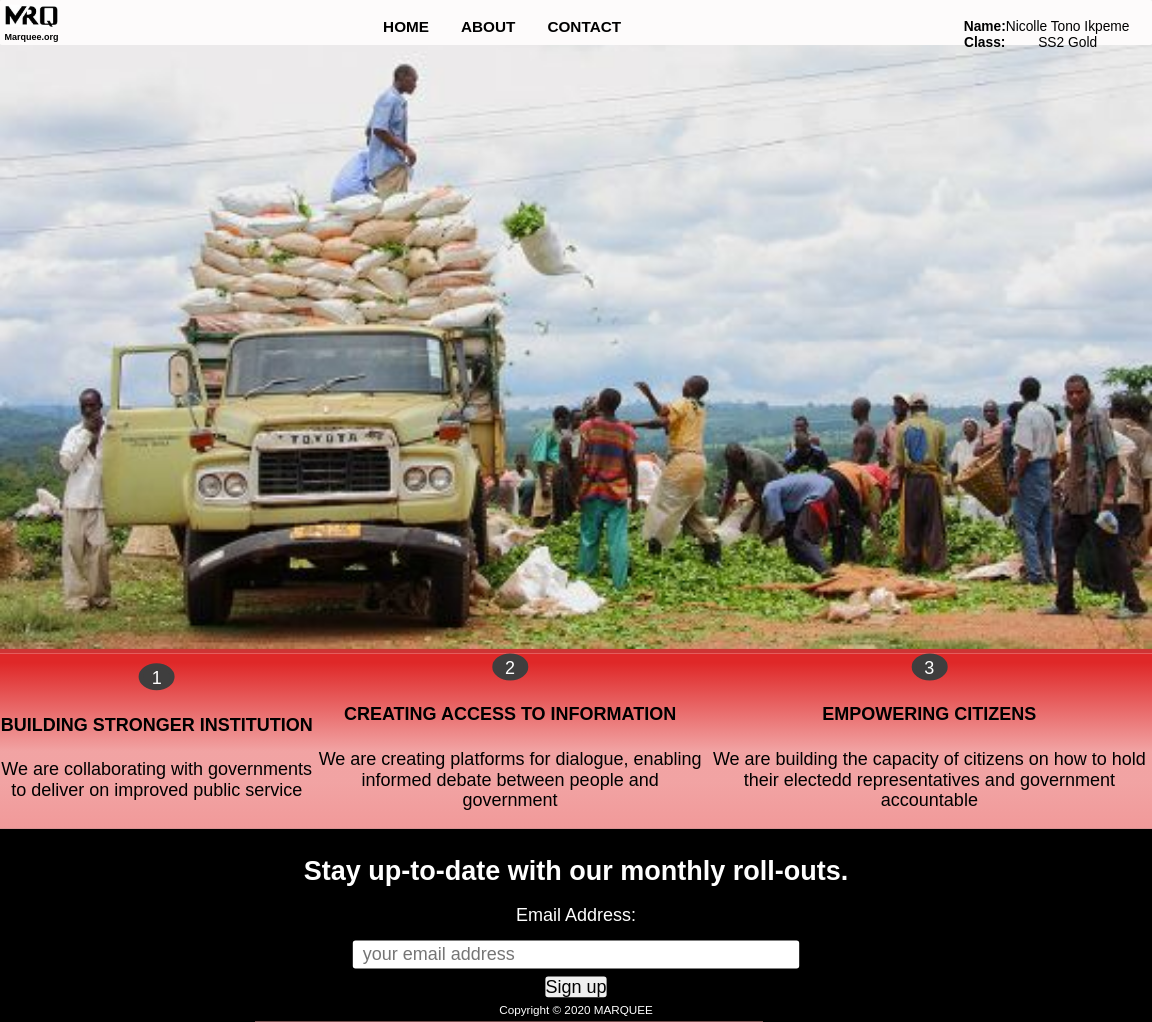
Repository: pboi18/Marquee.org
Page: home.html
An editor plug-in stored every save of this project. The page is shown before and after the next save, followed by the edit.
The browser window is 1280 px wide. The pictures show the whole page, at 90% of full size.

Above is the page before, as saved 2020-07-11 23:20:49.

After the next save:
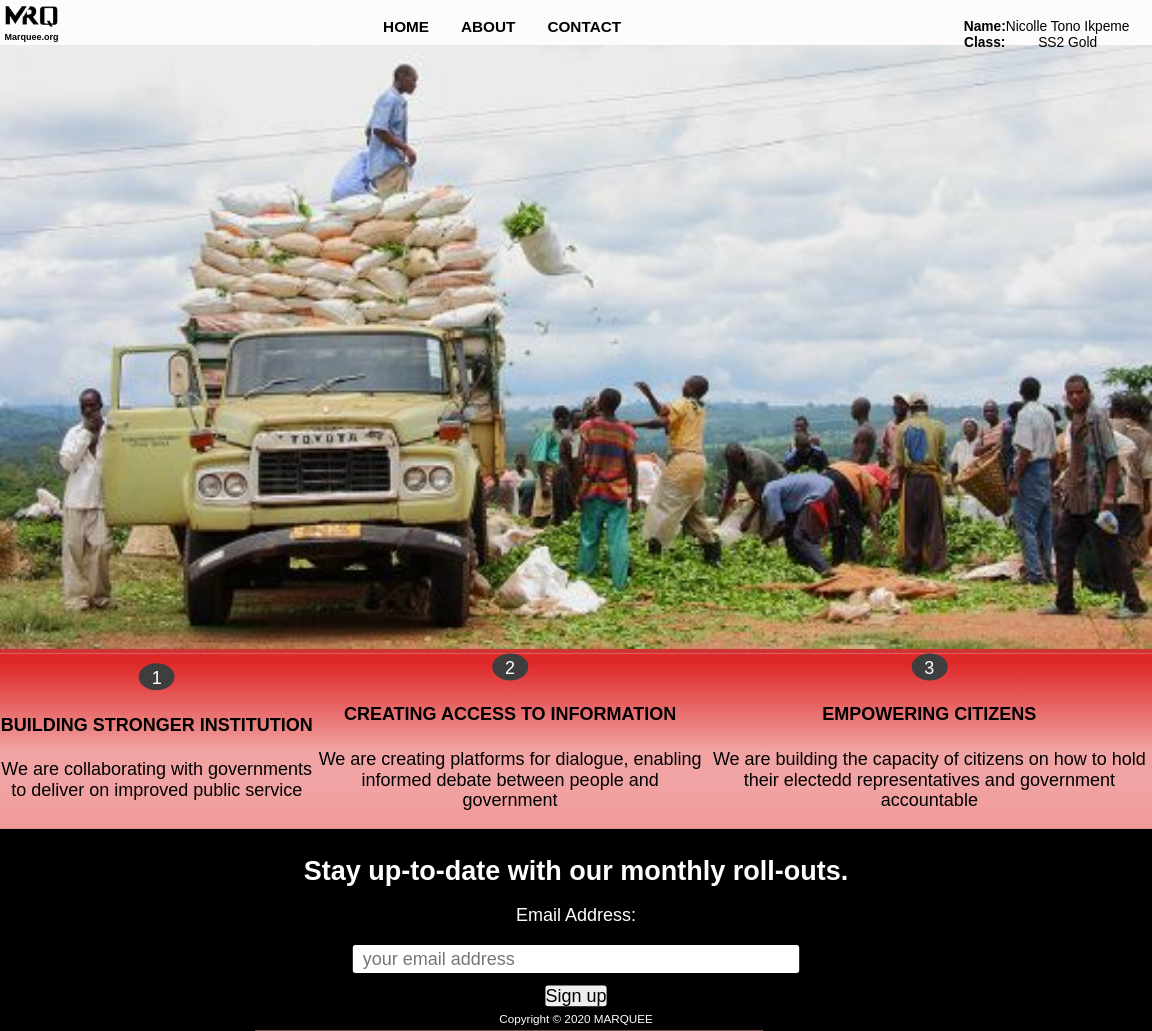
Saved 27 s later.
--- a/home.html
+++ b/home.html
@@ -102,7 +102,7 @@
 
                     <form style="text-align: center;">
                     <label style="color: white;">Email Address:</label>
-                    <input type="email" name="email" placeholder="  your email address" style=" width: 500px; margin: 5px auto;" required>
+                    <input type="email" name="email" placeholder="  your email address" style=" width: 500px; margin: 10px auto;" required>
                     <button type="submit" value="SIGN UP" name="sign up">Sign up</button>
                     </form>
                 </div>
